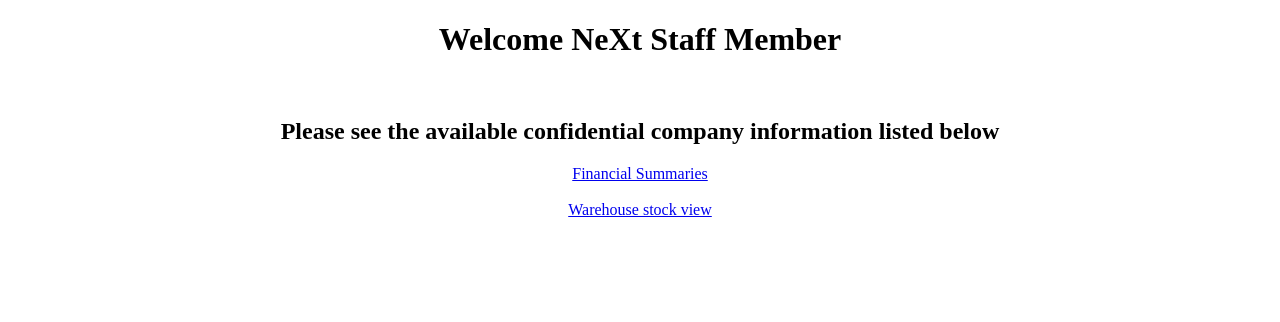
Repository: rstevenson6/304Project
Page: http://localhost/GroupProject/Admin.jsp
These files come from the project's save history. The page is drawn as it stood at one moment and after the next save; the edit follows.
The browser window is 1280 px wide. The pictures show the whole page.
The page is served by Tomcat 9. Other server files are loaded and not shown.

Above is the page before, as saved 2016-11-28 06:15:54.

### GroupProject/WebContent/Admin.jsp
<%@ page language="java" contentType="text/html; charset=ISO-8859-1"
    pageEncoding="ISO-8859-1"%>
<!DOCTYPE html PUBLIC "-//W3C//DTD HTML 4.01 Transitional//EN" "http://www.w3.org/TR/html4/loose.dtd">
<html>
<head>
<meta http-equiv="Content-Type" content="text/html; charset=ISO-8859-1">
<title>Insert title here</title>
</head>
<body>
<h1 align="center"> Welcome NeXt Staff Member</h1> </br>
<h2 align="center"> Please see the available confidential company information listed below</h2>
<center><a href= listprod.jsp>Financial Summaries</a></center></br>
<center><a href= listprod.jsp>Warehouse stock view</a></center></br>


</body>
</html>

After the next save:
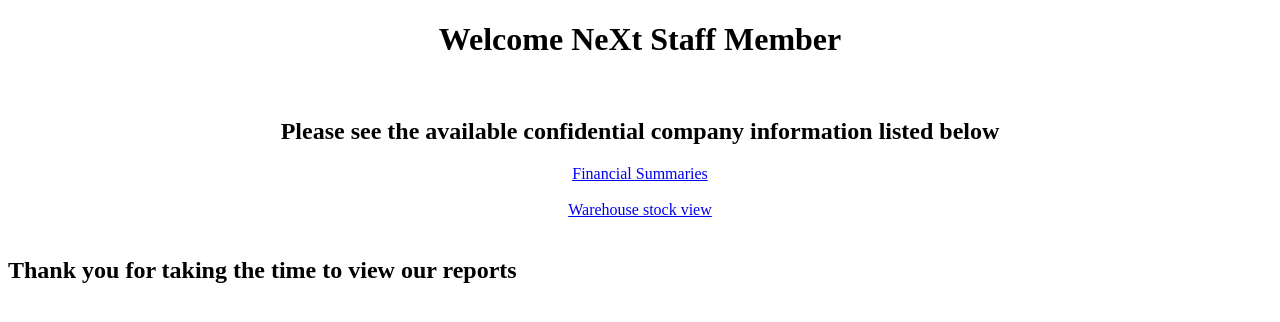
Saved 67 s later.
--- a/GroupProject/WebContent/Admin.jsp
+++ b/GroupProject/WebContent/Admin.jsp
@@ -12,6 +12,7 @@
 <center><a href= listprod.jsp>Financial Summaries</a></center></br>
 <center><a href= listprod.jsp>Warehouse stock view</a></center></br>
 
+<h2> Thank you for taking the time to view our reports</h2>
 
 </body>
 </html>
